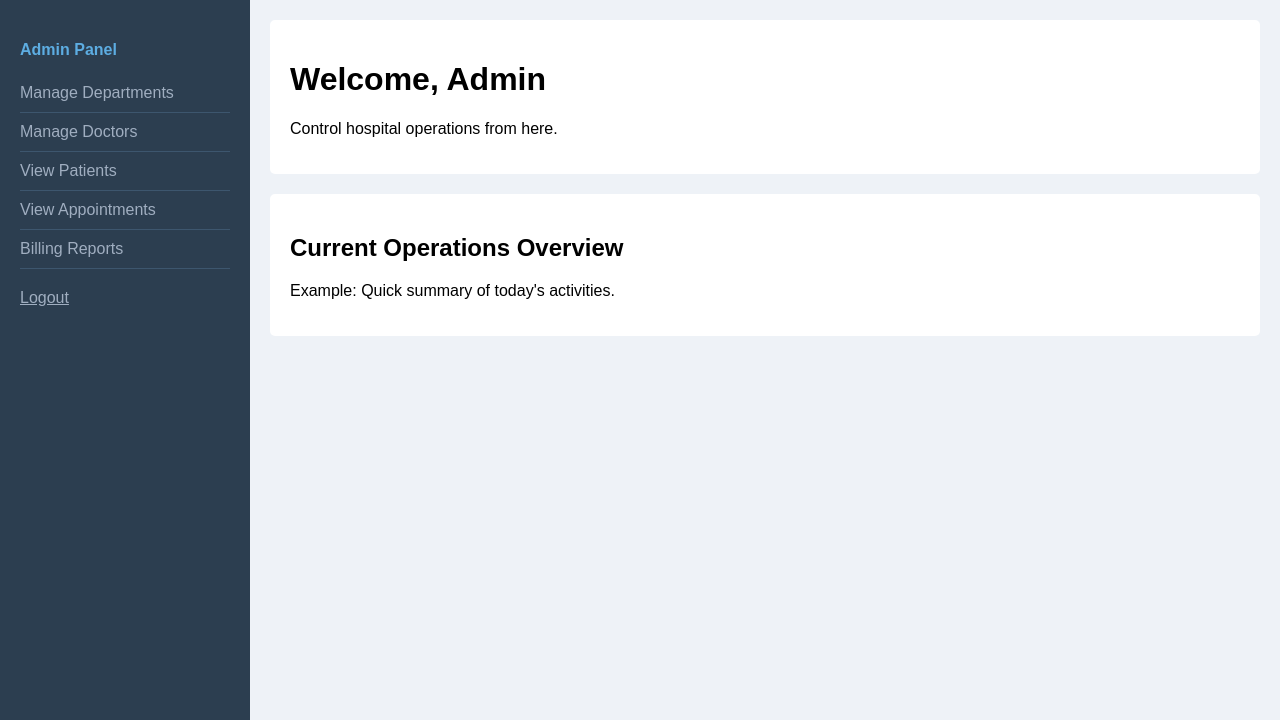
Repository: NavadeepRedyM/Hospital_project
Page: http://localhost/hospital/admin-index
These files come from the project's save history. The page is drawn as it stood at one moment and after the next save; the edit follows.
The browser window is 1280 px wide. The pictures show the whole page.
The page is this project's Thymeleaf template; nobody is signed in. The template is opened directly, without the code that normally fills it, so the values that code supplies are empty.

Above is the page before, as saved 2026-02-03 05:37:14.

### 20-Demo-springboot-HospitalManagement2/src/main/resources/templates/hospital/admin-index.html
	<!DOCTYPE html>
	<html lang="en">
	<head>
	    <meta charset="UTF-8">
	    <title>Admin Dashboard</title>

	    <style>
	        /* CSS from previous response goes here for styling */
	        body { font-family: Arial, sans-serif; background-color: #eef2f7; margin: 0; padding: 0; display: flex; }
	        .sidebar { width: 250px; background-color: #2c3e50; color: white; height: 100vh; padding: 20px; box-sizing: border-box; }
	        .main-content { flex-grow: 1; padding: 20px; }
	        .header-card { background: white; padding: 20px; margin-bottom: 20px; border-radius: 5px; }
	        .sidebar h4 { color: #5dade2; margin-bottom: 15px; }
	        .nav-link { display: block; color: #a0aec0; padding: 10px 0; text-decoration: none; border-bottom: 1px solid #3d566e; }
	        .nav-link:hover { color: white; }
	    </style>
	</head>
	<body>

	    <div class="sidebar">
	        <h4>Admin Panel</h4>
	        <a href="#" class="nav-link">Manage Departments</a>
	       <a th:href="@{/admin/manage-doctors}" class="nav-link">Manage Doctors</a>

	        <a href="#" class="nav-link">View Patients</a>
	        <a href="#" class="nav-link">View Appointments</a>
	        <a href="#" class="nav-link">Billing Reports</a>

	        <!-- Standard HTML Form for Spring Security Logout -->
	        <form action="/logout" method="post" style="margin-top: 20px;">
	            <button type="submit" style="background: none; border: none; color: #a0aec0; cursor: pointer; padding: 0; font: inherit; text-decoration: underline;">
	                Logout
	            </button>
	        </form>
	    </div>

	    <div class="main-content">
	        <div class="header-card">
	            <h1>Welcome, Admin</h1>
	            <p>Control hospital operations from here.</p>
	        </div>

	        <div class="header-card">
	            <h2>Current Operations Overview</h2>
	            <p>Example: Quick summary of today's activities.</p>
	        </div>
	    </div>

	</body>
	</html>

After the next save:
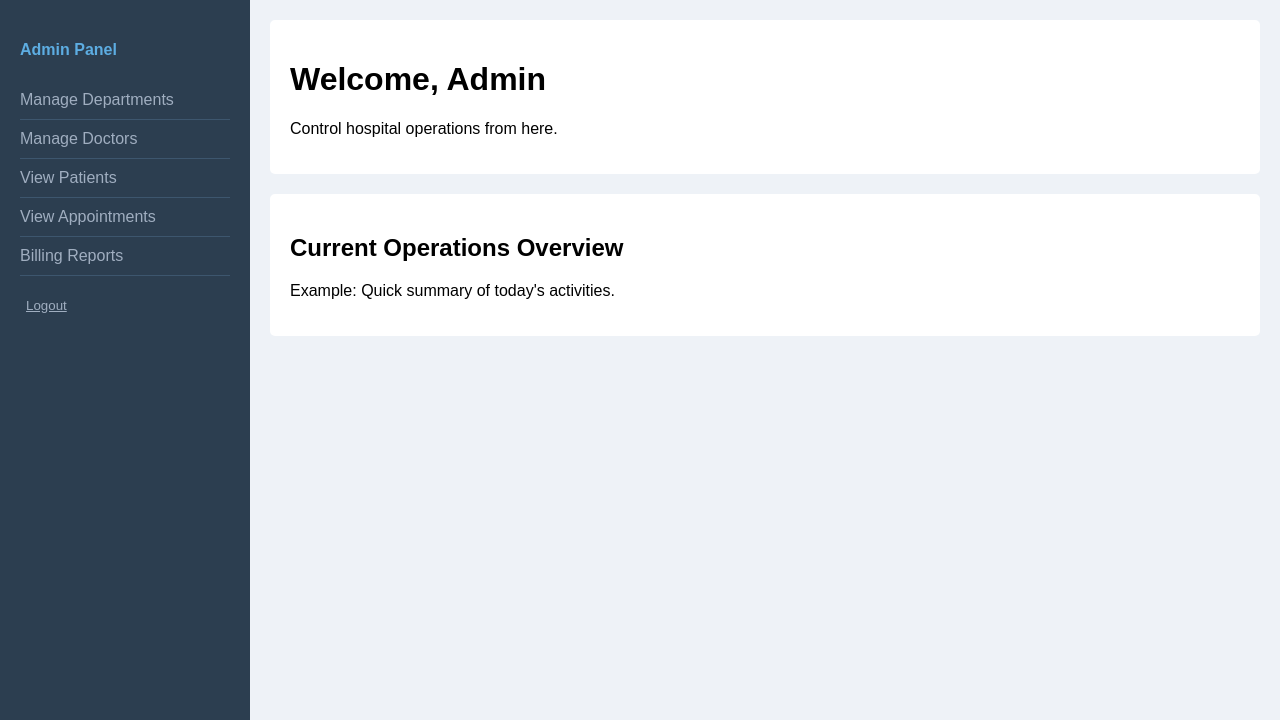
Saved 43 s later.
--- a/20-Demo-springboot-HospitalManagement2/src/main/resources/templates/hospital/admin-index.html
+++ b/20-Demo-springboot-HospitalManagement2/src/main/resources/templates/hospital/admin-index.html
@@ -1,50 +1,28 @@
-	<!DOCTYPE html>
-	<html lang="en">
-	<head>
-	    <meta charset="UTF-8">
-	    <title>Admin Dashboard</title>
+<!DOCTYPE html>
+<html lang="en" xmlns:th="http://www.thymeleaf.org">
+<head><meta charset="UTF-8"><title>Admin Dashboard</title></head>
+<body style="font-family: Arial;background:#eef2f7;margin:0;padding:0;display:flex;">
+  <div style="width:250px;background:#2c3e50;color:white;height:100vh;padding:20px;box-sizing:border-box;">
+    <h4 style="color:#5dade2;">Admin Panel</h4>
+    <a href="#" style="display:block;color:#a0aec0;padding:10px 0;text-decoration:none;border-bottom:1px solid #3d566e;">Manage Departments</a>
+    <a th:href="@{/admin/manage-doctors}" style="display:block;color:#a0aec0;padding:10px 0;text-decoration:none;border-bottom:1px solid #3d566e;">Manage Doctors</a>
+    <a th:href="@{/admin/patients}" style="display:block;color:#a0aec0;padding:10px 0;text-decoration:none;border-bottom:1px solid #3d566e;">View Patients</a>
+    <a href="#" style="display:block;color:#a0aec0;padding:10px 0;text-decoration:none;border-bottom:1px solid #3d566e;">View Appointments</a>
+    <a href="#" style="display:block;color:#a0aec0;padding:10px 0;text-decoration:none;border-bottom:1px solid #3d566e;">Billing Reports</a>
+    <form action="/logout" method="post" style="margin-top:20px;">
+      <button type="submit" style="background:none;border:none;color:#a0aec0;cursor:pointer;text-decoration:underline;">Logout</button>
+    </form>
+  </div>
 
-	    <style>
-	        /* CSS from previous response goes here for styling */
-	        body { font-family: Arial, sans-serif; background-color: #eef2f7; margin: 0; padding: 0; display: flex; }
-	        .sidebar { width: 250px; background-color: #2c3e50; color: white; height: 100vh; padding: 20px; box-sizing: border-box; }
-	        .main-content { flex-grow: 1; padding: 20px; }
-	        .header-card { background: white; padding: 20px; margin-bottom: 20px; border-radius: 5px; }
-	        .sidebar h4 { color: #5dade2; margin-bottom: 15px; }
-	        .nav-link { display: block; color: #a0aec0; padding: 10px 0; text-decoration: none; border-bottom: 1px solid #3d566e; }
-	        .nav-link:hover { color: white; }
-	    </style>
-	</head>
-	<body>
-
-	    <div class="sidebar">
-	        <h4>Admin Panel</h4>
-	        <a href="#" class="nav-link">Manage Departments</a>
-	       <a th:href="@{/admin/manage-doctors}" class="nav-link">Manage Doctors</a>
-
-	        <a href="#" class="nav-link">View Patients</a>
-	        <a href="#" class="nav-link">View Appointments</a>
-	        <a href="#" class="nav-link">Billing Reports</a>
-
-	        <!-- Standard HTML Form for Spring Security Logout -->
-	        <form action="/logout" method="post" style="margin-top: 20px;">
-	            <button type="submit" style="background: none; border: none; color: #a0aec0; cursor: pointer; padding: 0; font: inherit; text-decoration: underline;">
-	                Logout
-	            </button>
-	        </form>
-	    </div>
-
-	    <div class="main-content">
-	        <div class="header-card">
-	            <h1>Welcome, Admin</h1>
-	            <p>Control hospital operations from here.</p>
-	        </div>
-
-	        <div class="header-card">
-	            <h2>Current Operations Overview</h2>
-	            <p>Example: Quick summary of today's activities.</p>
-	        </div>
-	    </div>
-
-	</body>
-	</html>
+  <div style="flex-grow:1;padding:20px;">
+    <div style="background:white;padding:20px;margin-bottom:20px;border-radius:5px;">
+      <h1>Welcome, Admin</h1>
+      <p>Control hospital operations from here.</p>
+    </div>
+    <div style="background:white;padding:20px;border-radius:5px;">
+      <h2>Current Operations Overview</h2>
+      <p>Example: Quick summary of today's activities.</p>
+    </div>
+  </div>
+</body>
+</html>
